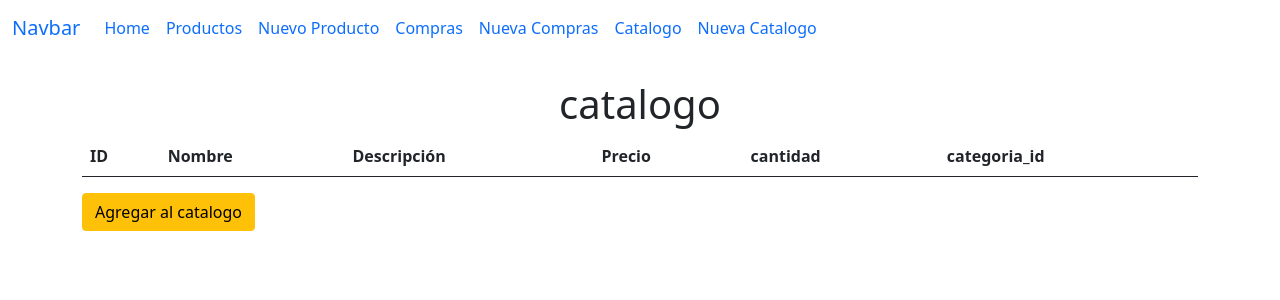
Repository: pedromv753/lp2
Page: http://localhost/catalogo
The author's editor kept a copy of each file at every save. The page is drawn from the files as they stood at one save, then again after the next save.
The browser window is 1280 px wide. The pictures show the whole page.
The page is this project's Thymeleaf template; nobody is signed in. The template is opened directly, without the code that normally fills it, so the values that code supplies are empty.

Above is the page before, as saved 2023-10-26 03:40:05.

### examenpedromamanivalle/tienda/src/main/resources/templates/catalogo.html
<!DOCTYPE html>
<html xmlns="http://www.w3.org/1999/xhtml" xmlns:th="http://www.thymeleaf.org">

<head>
	<meta charset="UTF-8">
	<title>catalogo</title>

	<!-- Agrega la referencia al CSS de Bootstrap -->
	<link rel="stylesheet" href="https://cdn.jsdelivr.net/npm/bootstrap@5.0.2/dist/css/bootstrap.min.css">

	<!-- jQuery -->
	<script src="https://code.jquery.com/jquery-3.6.0.min.js"></script>
	<script src="https://cdn.jsdelivr.net/npm/bootstrap@5.0.2/dist/js/bootstrap.min.js"></script>
</head>

<body>
	<header>
		<nav class="navbar navbar-expand-lg bg-body-tertiary">
			<div class="container-fluid">
				<a class="navbar-brand" href="#">Navbar</a>
				<button class="navbar-toggler" type="button" data-bs-toggle="collapse"
					data-bs-target="#navbarNavAltMarkup" aria-controls="navbarNavAltMarkup" aria-expanded="false"
					aria-label="Toggle navigation">
					<span class="navbar-toggler-icon"></span>
				</button>
				<div class="collapse navbar-collapse" id="navbarNavAltMarkup">
					<div class="navbar-nav">
						<a class="nav-link active" aria-current="page" href="#">Home</a>
						<a class="nav-link" href="/productos/">Productos</a>
						<a class="nav-link" href="/productos/nuevo">Nuevo Producto</a>
						<a class="nav-link" href="/compras/">Compras</a>
						<a class="nav-link" href="/compras/nuevo">Nueva Compras</a>
						<a class="nav-link" href="/catalogo/">Catalogo</a>
						<a class="nav-link" href="/catalogo/nuevo">Nueva Catalogo</a>
					</div>
				</div>
			</div>
		</nav>
	</header>
	<div class="container mt-4">
		<center>
		<h1>catalogo</h1>
		</center>

		<!-- Agrega una tabla con estilos de Bootstrap -->
		<table class="table table-striped">
			<thead>
				<tr>
					<th>ID</th>
					<th>Nombre</th>
					<th>Descripción</th>
					<th>Precio</th>
					<th>cantidad</th>
					<th>categoria_id</th>

				</tr>
			</thead>
			<tbody>
				<!-- Itera sobre la lista de medicamentos y muestra cada medicamento -->
				<tr th:each="productos : ${productos}">
					<td th:text="${productos.id}"></td>
					<td th:text="${productos.nombre}"></td>
					<td th:text="${productos.descripcion}"></td>
					<td th:text="${productos.precio}"></td>
					<td th:text="${productos.cantidad}"></td>
					<td th:text="${productos.categoria_id}"></td>
				</tr>
			</tbody>
		</table>
		<a href="nuevo" class="btn btn-warning">Agregar al catalogo</a>
	</div>
</body>
</html>

After the next save:
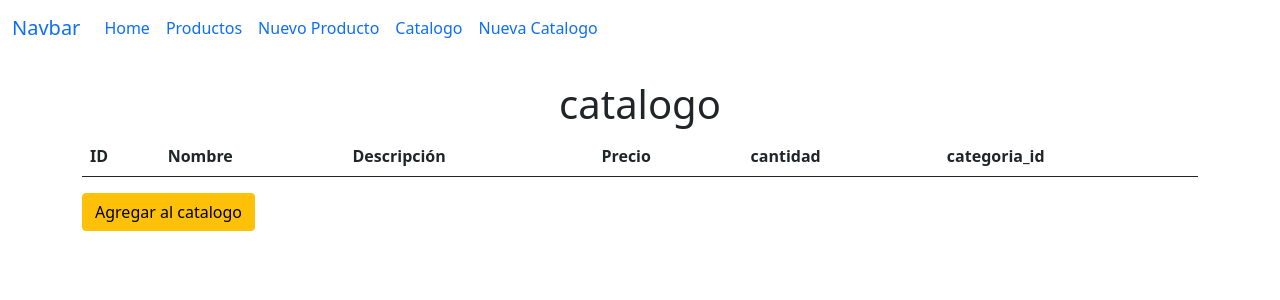
Saved 37 s later.
--- a/examenpedromamanivalle/tienda/src/main/resources/templates/catalogo.html
+++ b/examenpedromamanivalle/tienda/src/main/resources/templates/catalogo.html
@@ -28,8 +28,6 @@
 						<a class="nav-link active" aria-current="page" href="#">Home</a>
 						<a class="nav-link" href="/productos/">Productos</a>
 						<a class="nav-link" href="/productos/nuevo">Nuevo Producto</a>
-						<a class="nav-link" href="/compras/">Compras</a>
-						<a class="nav-link" href="/compras/nuevo">Nueva Compras</a>
 						<a class="nav-link" href="/catalogo/">Catalogo</a>
 						<a class="nav-link" href="/catalogo/nuevo">Nueva Catalogo</a>
 					</div>
